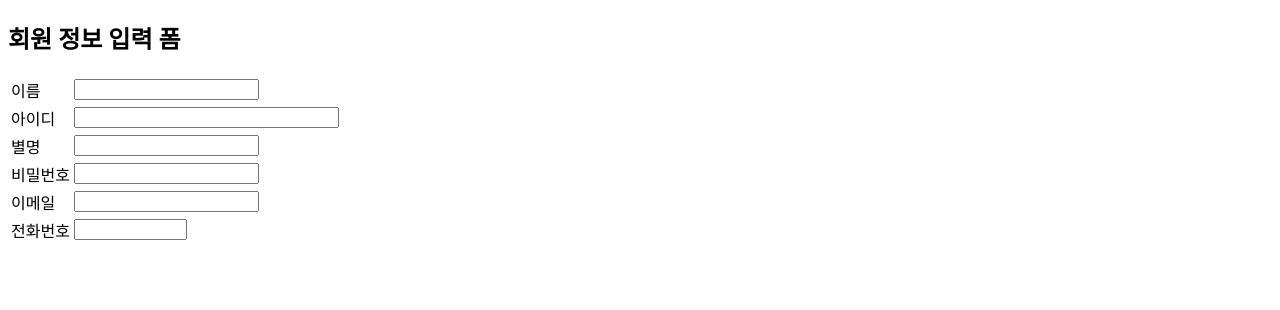
Repository: itrecipe/Web_ez
Page: http://localhost/jspCh06/03_addMemberForm.jsp
An editor plug-in stored every save of this project. The page is shown before and after the next save, followed by the edit.
The browser window is 1280 px wide. The pictures show the whole page.
The page is served by Tomcat 9. Other server files are loaded and not shown.

Above is the page before, as saved 2023-04-03 02:10:27.

### jspCh06/src/main/webapp/03_addMemberForm.jsp
<%@ page language="java" contentType="text/html; charset=UTF-8"
    pageEncoding="UTF-8"%>
<!DOCTYPE html>
<html>
<head>
<meta charset="UTF-8">
<title>addMemberForm</title>
</head>
<body>

<h2>회원 정보 입력 폼</h2>
<form method="post" action="03_addMember.jsp">
<table>
	<tr>
		<td>이름</td>
		<td><input type="text" name="name" size="20"></td>
	</tr>
	<tr>
		<td>아이디</td>
		<td><input type="text" name="userid" size="30"></td>
	</tr>
	<tr>
		<td>별명</td>
		<td><input type="text" name="nickname" size="20"></td>
	</tr>
	<tr>
		<td>비밀번호</td>
		<td><input type="password" name="pwd" size="20"></td>
	</tr>
	<tr>
		<td>이메일</td>
		<td><input type="text" name="email" size="20"></td>
	</tr>
	<tr>
		<td>전화번호</td>
		<td><input type="text" name="phone" size="11"></td>
	</tr>
</table>
</form>
</body>
</html>

After the next save:
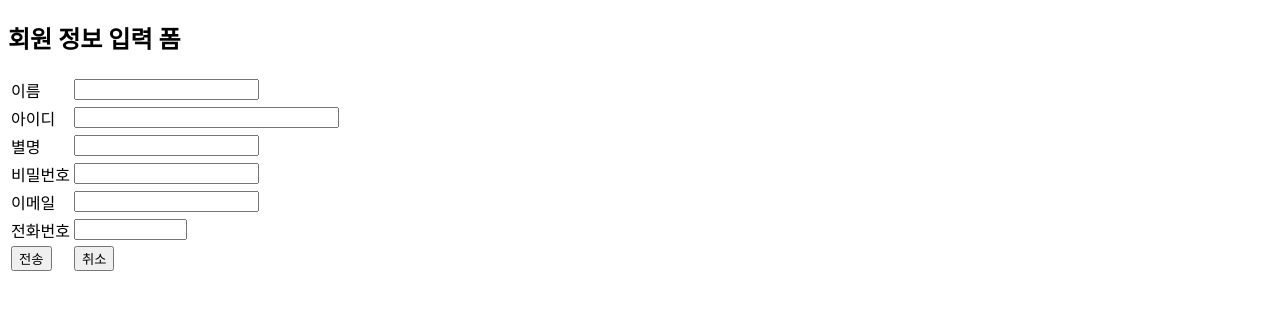
Saved 29 s later.
--- a/jspCh06/src/main/webapp/03_addMemberForm.jsp
+++ b/jspCh06/src/main/webapp/03_addMemberForm.jsp
@@ -35,6 +35,10 @@
 		<td>전화번호</td>
 		<td><input type="text" name="phone" size="11"></td>
 	</tr>
+	<tr>
+		<td><input type="submit" value="전송"></td>
+		<td><input type="submit" value="취소"></td>
+	</tr>
 </table>
 </form>
 </body>
